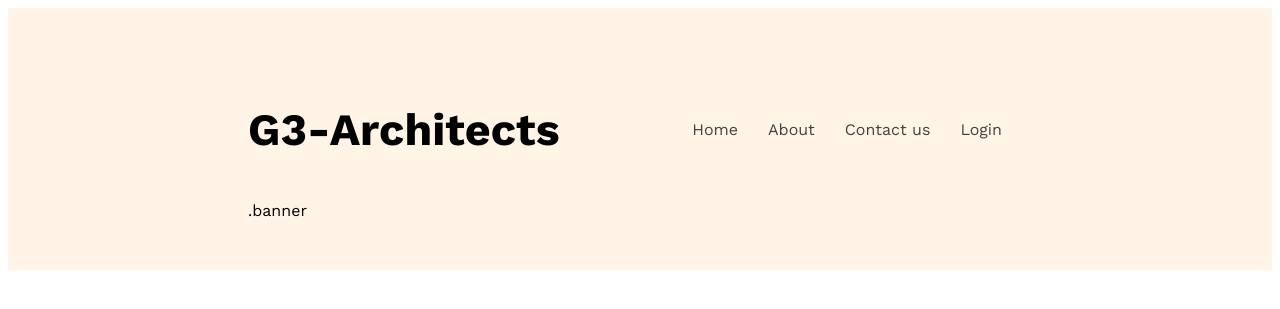
Repository: RudrasahaDibos/architects-resources
Page: index.html
An editor plug-in stored every save of this project. The page is shown before and after a run of saves, followed by the edit.
The browser window is 1280 px wide. The pictures show the whole page.

Above is the page before, as saved 2024-10-06 16:35:23.

### index.html
<!DOCTYPE html>
<html lang="en">
<head>
    <meta charset="UTF-8">
    <meta name="viewport" content="width=device-width, initial-scale=1.0">
    <link rel="stylesheet" href="index.css">
    <title>Responsive web side</title>
</head>
<body>
       <header>
              <nav>
                <h3 class="nav-title">G3-Architects</h3>
              <ul>
                 <li><a href="">Home</a></li>
                 <li><a href="">About</a></li>
                 <li><a href="">Contact us</a></li>
                 <li><a href="">Login</a></li>
              </ul>
              </nav>
             <div>
                  .banner

             </div>

       </header>
       <main>

       </main>
       <footer>

       </footer>
</body>
</html>

### index.css
@import url('https://fonts.googleapis.com/css2?family=Work+Sans:ital,wght@0,100..900;1,100..900&display=swap');

*{
    font-family: "Lato", sans-serif;
    font-family: "Open Sans", sans-serif;
    font-family: "Work sans", sans-serif;


}
header{
    background-color: rgba(255,144,14,0.10);
    padding: 50px 240px;

}
.nav-title{
    font-size: 2.8rem;
    font-weight: 700px;
}
nav{
    display: flex;
    justify-content: space-between;
    align-items: center;
}
nav >ul{
    display: flex;
}
nav li{
    list-style: none;
    margin-right: 30px;
    font-weight: 500px;
    font-size: 1rem;
}
 nav li a{
    text-decoration: none;
    color: #424242;
 }

After the next 2 saves:
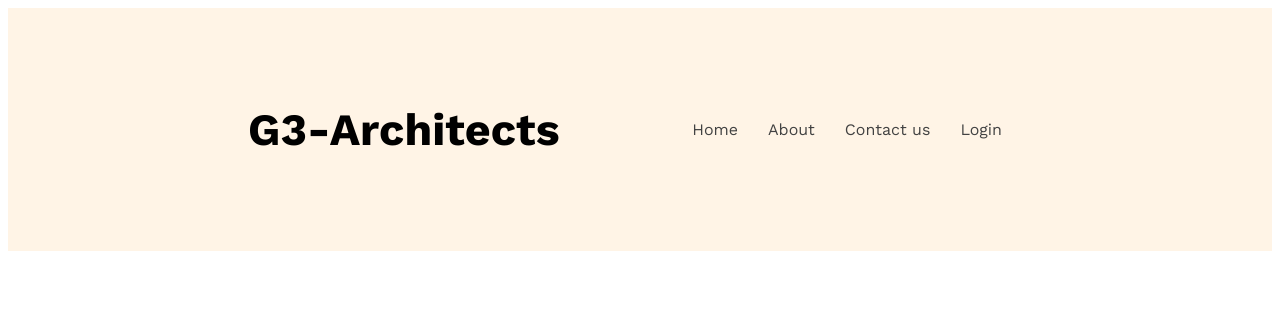
The 2 saves are shown as one change because they came seconds apart.
The last was saved 5 s later.
--- a/index.html
+++ b/index.html
@@ -18,7 +18,7 @@
               </ul>
               </nav>
              <div>
-                  .banner
+                  <div class="banner-title"></div>
 
              </div>
 
